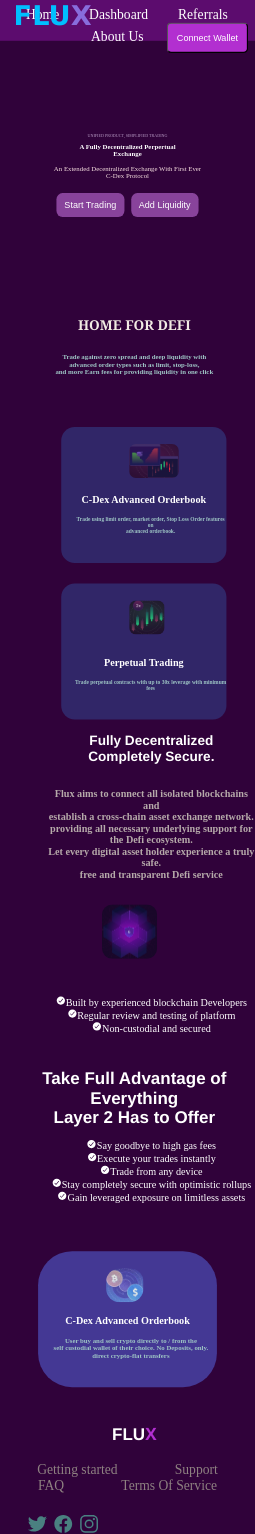
Repository: Tobby004/Flux-figma
Page: index.html
These files come from the project's save history. The page is drawn as it stood at one moment and after the next save; the edit follows.
The browser window is 375 px wide. The pictures show the whole page, at 68% of full size.

Above is the page before, as saved 2023-04-28 22:02:23.

### index.html
<!DOCTYPE html>
<html lang="en">
<head>
    <meta charset="UTF-8">
    <meta http-equiv="X-UA-Compatible" content="IE=edge">
    <meta name="viewport" content="width=device-width, initial-scale=1.0">
    <title>Flux Template</title>
    <link rel="stylesheet" href="style.css">
</head>
<body>
    <header>
        <b>FLU<a>X</a></b>
    </header>
   <nav>
    <ul>
        <li><a href="#">Home</a></li>
        <li><a href="#">Dashboard</a></li>
        <li><a href="#">Referrals</a></li>
        <li><a href="#">About Us</a></li>
        <button>Connect Wallet</button>
    </ul>
   </nav>
    <br><br>
    <h4>UNIFIED PRODUCT, SIMPLIFIED TRADING</h4>
    <h2> A Fully Decentralized Perpertual <br>Exchange </h2>
    <p>An Extended Decentralized Exchange With First Ever <br>C-Dex Protocol</p>
    <div class="button">
        <input type="button" value="Start Trading">
        <input type="button" value="Add Liquidity">
    </div>
<br>
<br>
<div class="section1">
    <h4>HOME FOR DEFI</h4>
    <p>Trade against zero spread and deep liquidity with<br> advanced order types such as limit, stop-loss,<br> and more Earn fees for providing liquidity in one click</p>
</div>
<br><br>
<div class="box">
    <div class="box1">
       <img src="img1.jpg">
  <h3>C-Dex Advanced Orderbook</h3>
  <p>Trade using limit order, market order, Stop Loss Order features on <br>advanced orderbook.</p>
    </div>
    <div class="box2">
        <img src="img2.jpg">
        <h3>Perpetual Trading</h3>
        <p>Trade perpetual contracts with up to 30x leverage with minimum fees</p>
    </div>
</div>
<section>
    <h1>Fully Decentralized <br>Completely Secure.</h1>
    <h6>Flux aims to connect all isolated blockchains and <br>establish a cross-chain asset exchange network.<br>providing all necessary underlying support for the Defi ecosystem.<br> Let every digital asset holder experience a truly safe.<br>free and transparent Defi service</h6>
    <img src="IMG3.jpg">
</section>
    <checkbox>
       <a><ion-icon name="checkmark-circle"></ion-icon>Built by experienced blockchain Developers</i></a>
       <a><ion-icon name="checkmark-circle"></ion-icon>Regular review and testing of platform</a>
       <a><ion-icon name="checkmark-circle"></ion-icon>Non-custodial and secured</a>
       </checkbox>
    <h1>Take Full Advantage of Everything <br>Layer 2 Has to Offer</h1>
    <checkbox>
        <a><ion-icon name="checkmark-circle"></ion-icon>Say goodbye to high gas fees</a>
        <a><ion-icon name="checkmark-circle"></ion-icon>Execute your trades instantly</a>
        <a><ion-icon name="checkmark-circle"></ion-icon>Trade from any device</a>
        <a><ion-icon name="checkmark-circle"></ion-icon>Stay completely secure with optimistic rollups</a>
        <a><ion-icon name="checkmark-circle"></ion-icon>Gain leveraged exposure on limitless assets</a>
    </checkbox>
   <div class="boxing">
    <div class="box3">
        <img src="img5.jpg">
        <h3>C-Dex Advanced Orderbook</h3>
        <p>User buy and sell crypto directly to / from the <br>self custodial wallet of their choice. No Deposits, only. direct crypto-flat transfers</p>
    </div>
   </div>
   <footer>
    <h1>FLU<b>X</b></h1>
    <div class="navmenu">
        <ul>
        <li><a href="#">Getting started</a></li>
        <li><a href="#">Support</a></li>
        <li><a href="#">FAQ</a></li>
        <li><a href="#">Terms Of Service</a></li>
        </ul>
    </div>
    <icon1>
    <ion-icon name="logo-twitter"></ion-icon>
    <ion-icon name="logo-facebook"></ion-icon>
    <ion-icon name="logo-instagram"></ion-icon>
    </icon>
   </footer>
   <span></span>
</body>
<script type="module" src="https://unpkg.com/ionicons@7.1.0/dist/ionicons/ionicons.esm.js"></script>
</html>

### style.css
*{
    box-sizing: border-box;
}
body {
    margin: 0;
    padding: 0;
    background-color: #30023a;
}
nav {
    background-color: #5c0c6e;
    height: 60px;
}
nav ul {
    margin: auto;
    text-align: end;
    padding: 10px;
}
nav li {
display: inline-block;
}
header b {
    font-family: Verdana, Geneva, Tahoma, sans-serif;
    color: deepskyblue;
    position: absolute;
    margin-left: 20px;
    font-size: 40px;
}
header b:hover{
    transition: all 2s;
    color: black;
    background: cornsilk;
}
header b a{
    color: rgb(136, 109, 220);
}
nav a {
    text-decoration: none;
    padding: 10px;
    color: white;
    font-size: 20px;
    margin-right: 20px;
}
li a:hover{
    color: yellow;
    background: wheat ;
    transition: all 4s;
    padding: 5px;
}
button{
    padding: 13px;
    background: #b22fd0;
    border-radius: 7px;
    color: white;
}
h4 {
    margin-top: 100px;
    text-align: center;
    color: rgb(185, 156, 197);
}
h2 {
    text-align: center;
    font-size: 50px;
    color: white;
}
p {
    text-align: center;
    color: rgb(248, 225, 225);
}
.button {
    display: flex;
    padding: 10px;
    gap: 10px;
    justify-content: center;
}
input[type="button"]{
    padding: 20px;
    width: 150px;
    border-radius: 9px;
    border: none;
    color: white;
    background-color: rgb(136, 67, 155);
}
 div h4 {
    color: rgb(241, 235, 227);
    font-size: 40px;
    font-weight: lighter;

}
 div p {
    color: rgb(158, 197, 197);
    font-size: 20px;
    font-weight: lighter;
}
.box {
    display: flex;
    gap: 20px;
    margin-left: 100px;
}
.box1{
    height: 290px;
    width: 580px;
    background-color: rgb(49, 38, 104);
    border-radius: 20px;
}
.box1 h3 {
    text-align: center;
    color: white;
    font-size: 25px;
    margin-top: 20px;
}
.box1 p {
    text-align: center;
}
.box1 img{
    margin-top: 25px;
    height: 120px;
    border-radius: 10px;
   margin-left: 200px;
}
.box2 {
    height: 290px;
    width: 580px;
    background-color: rgb(49, 38, 104);
    border-radius: 20px;
}
.box2 h3{
    text-align: center;
    font-size: 25px;
    color: white;
    margin-top: 30px;
}
.box2 p {
    text-align: center;
}
.box2 img {
    margin-top: 25px;
    height: 120px;
    border-radius: 10px;
   margin-left: 200px;
}
section h1 {
    margin-left: 70px;
    color: white;
    font-size: 50px;
    margin-top: 100px;
}
section img{
    height: 350px;
    border-radius: 15px;
    border: none;
   margin-left: 100px;
   margin-bottom: 50px;

}
section h6 {
    color: rgb(182, 170, 170);
    font-size: 20px;
    margin-left: 70px;
}

checkbox a {
    display: block;
    font-size: 20px;
    position: relative;
    color: white;
    margin-left: 70px;
}

h1 {
    color: white;
    font-size: 50px;
    margin-top: 50px;
    margin-left: 70px;
}
.boxing{
    margin-top: 70px;
}
.box3 {
    margin-bottom: 300px;
    margin: auto;
    height: 320px;
    width: 980px;
    border-radius: 50px;
    border: none;
    background: rgb(68, 56, 148);
}
.box3 img {
  margin-top: 25px;
  height: 80px;
  margin-left: 400px;
  border-radius: 20px;
}
.box3 h3{
    text-align: center;
    color: white;
    font-size: 25px
}
footer h1 {
    text-align: center;
}
footer b {
    color: #b22fd0;
    font-family: 'Segoe UI', Tahoma, Geneva, Verdana, sans-serif;
}
.navmenu ul {
    margin: auto;
    text-align: center;
    padding: 10px;
}
.navmenu li {
    display: inline-block;
}
.navmenu a {
    text-decoration: none;
    font-size: 20px;
    padding: 40px;
    color: rgb(142, 129, 129);
}
footer span {
    font-size: 30px;
    color: rgb(221, 194, 194);
}
icon1 {
    display: flex;
    gap: 8px;
    margin-top: 20px;
    margin-left: 40px;
    color: rgb(74, 128, 128);
    font-size: 30px;
}


@media screen and (max-width:500px)
{
 h4 {
    font-size: 6px;
    text-align: center;
    font-weight: lighter;
 }
 h2 {
    font-size: 10px;
    text-align: center;

 }
 input[type="button"]{
    padding: 10px;
    display: flex;
    justify-content: center;
    width: 28%;
 }
div h4 {
    font-size: 20px;
    text-align: center;
    font-weight: bolder;
    margin-left: 20px;
    font-family: Georgia, 'Times New Roman', Times, serif;
}
p {
    font-size: 10px;
    text-align: center;
}
 div p {
    font-size: 10px;
    text-align: center;
    font-weight: bolder;
    margin-left: 20px;
 }
 .box {
    display: inline-block;
    margin-inline: 20px;
    gap: 30px;
    margin-left: auto;
    margin-right: auto;
 }
 .box1{
    margin-top: 30px;
    height: 200px;
    width: 70%;
    margin-left: 90px;

 }
 .box1 img {
    height: 50px;
    margin-left: 100px;
 }
 .box1 h3{
   font-size: 15px;

 }
 .box1 p{
    font-size: 8px;

 }
 .box2 {
    margin-top: 30px;
    height: 200px;
    width: 70%;
    margin-left: 90px;

 }
 .box2 img {
   height: 50px;
   margin-left: 100px;

 }
 .box2 h3 {
   font-size: 15px;
 }
 .box2 p {
   font-size: 8px;
 }
 section img {
    height: 80px;
    margin-left: 150px;
 }
 section h1 {
    margin-top: 20px;
    text-align: center;
    font-size: 20px;
    margin-top: 20px;
 }
 section h6 {
    font-size: 15px;
    text-align: center;

 }
 h1 {
    font-size: 25px;
    font-family: 'Franklin Gothic Medium', 'Arial Narrow', Arial, sans-serif;
    margin-left: 20px;
    text-align: center;
 }
 checkbox a {
    font-size: 15px;
    text-align: center;
 }
 .box3 {
    height: 200px;
    width: 70%;
 }
.box3 img {
    height: 50px;
    margin-left: 100px;
}
.box3 h3 {
    font-size: 15px;

}
.box3 p{
font-size: 10px;
margin-left: 10px;
}
}

After the next save:
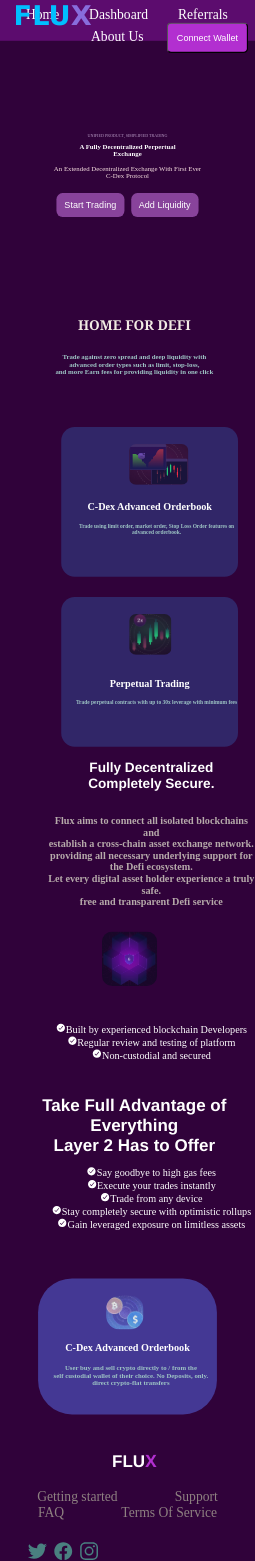
Saved 3 min 12 s later.
--- a/style.css
+++ b/style.css
@@ -274,13 +274,13 @@ p {
  }
  .box1{
     margin-top: 30px;
-    height: 200px;
-    width: 70%;
+    height: 220px;
+    width: 75%;
     margin-left: 90px;
 
  }
  .box1 img {
-    height: 50px;
+    height: 60px;
     margin-left: 100px;
  }
  .box1 h3{
@@ -293,13 +293,13 @@ p {
  }
  .box2 {
     margin-top: 30px;
-    height: 200px;
-    width: 70%;
+    height: 220px;
+    width: 75%;
     margin-left: 90px;
 
  }
  .box2 img {
-   height: 50px;
+   height: 60px;
    margin-left: 100px;
 
  }
